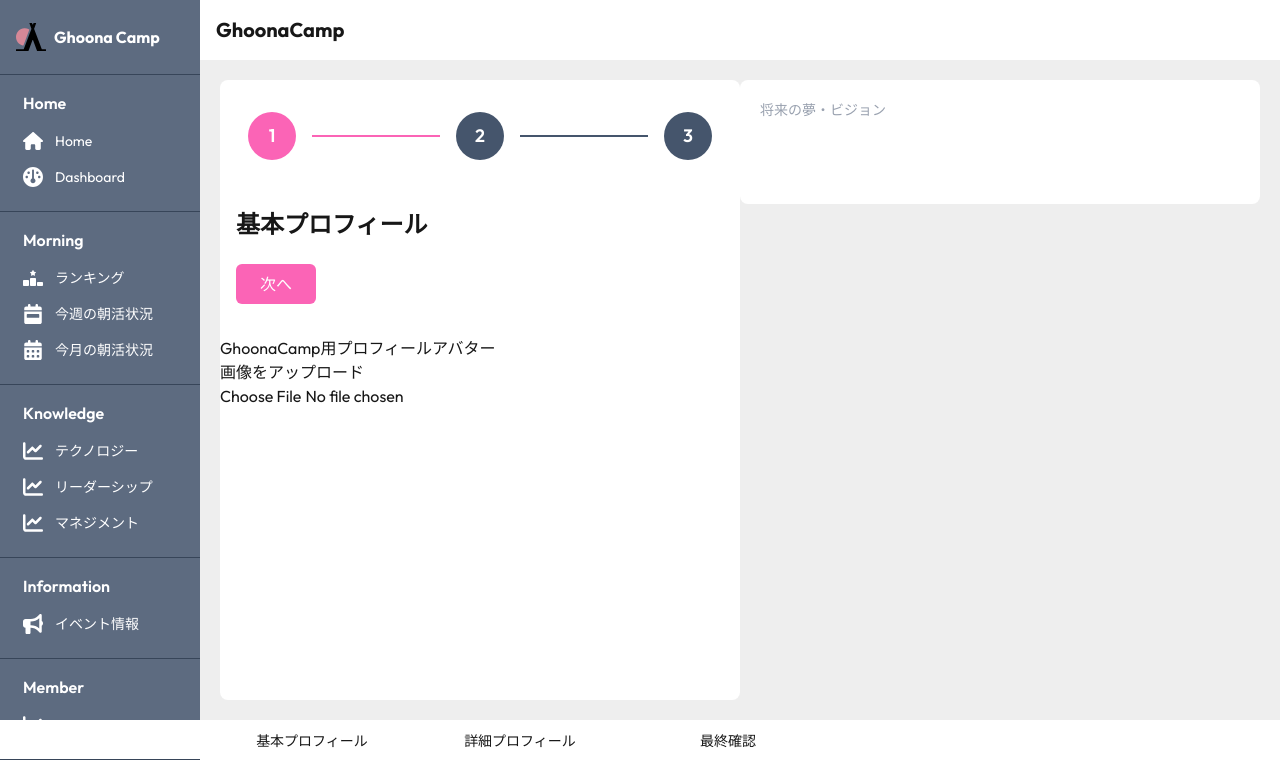
Repository: ShotaGhoona/ghoonacamp_platform
Page: /setting/profile/1
These files come from the project's save history. The page is drawn as it stood at one moment and after the next save; the edit follows.
The browser window is 1280 px wide. The pictures show the whole page.
The page's requests for data from a server got no answer. The project was rebuilt for these pictures with package versions that can differ from the ones it lists, and the page was loaded fresh each time. Some packages were replaced by stand-ins written for this rebuild. The framework's server and built-in components were replaced by stand-ins that run in the browser. No one was signed in, and anything a server would have sent is missing. Also part of the build but not shown: next.config.js.

Above is the page before, as saved 2025-04-29 10:44:02.

After the next save:
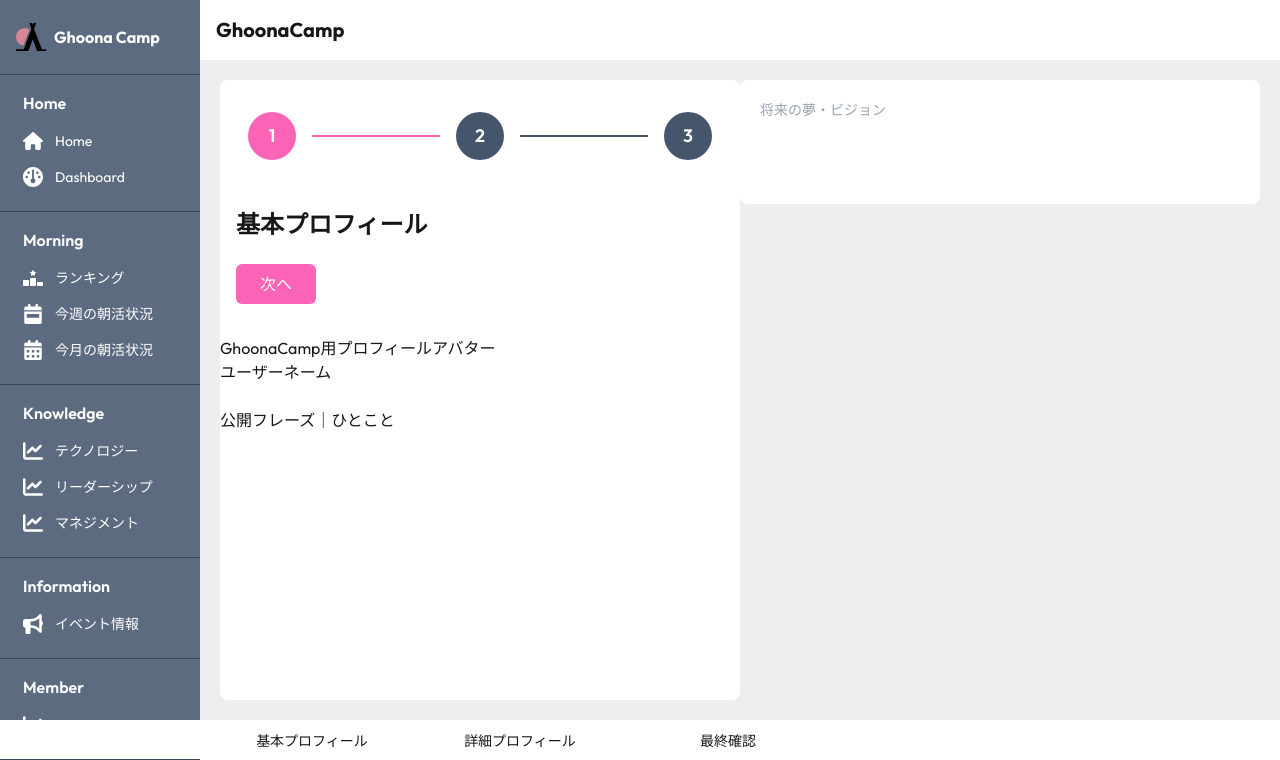
Saved 9 s later.
--- a/src/features/setting/profile/1/display/SettingSection.tsx
+++ b/src/features/setting/profile/1/display/SettingSection.tsx
@@ -8,10 +8,18 @@
             <h2>GhoonaCamp用プロフィールアバター</h2>
             <div>
                 {/* 画像アップロードの箱 */}
-                <div>
-                    <p>画像をアップロード</p>
-                    <input type="file" />
-                </div>
+            </div>
+        </div>
+        <div>
+            <h2>ユーザーネーム</h2>
+            <div>
+                <input type="text" />
+            </div>
+        </div>
+        <div>
+            <h2>公開フレーズ｜ひとこと</h2>
+            <div>
+                <input type="text" />
             </div>
         </div>
     </div>
